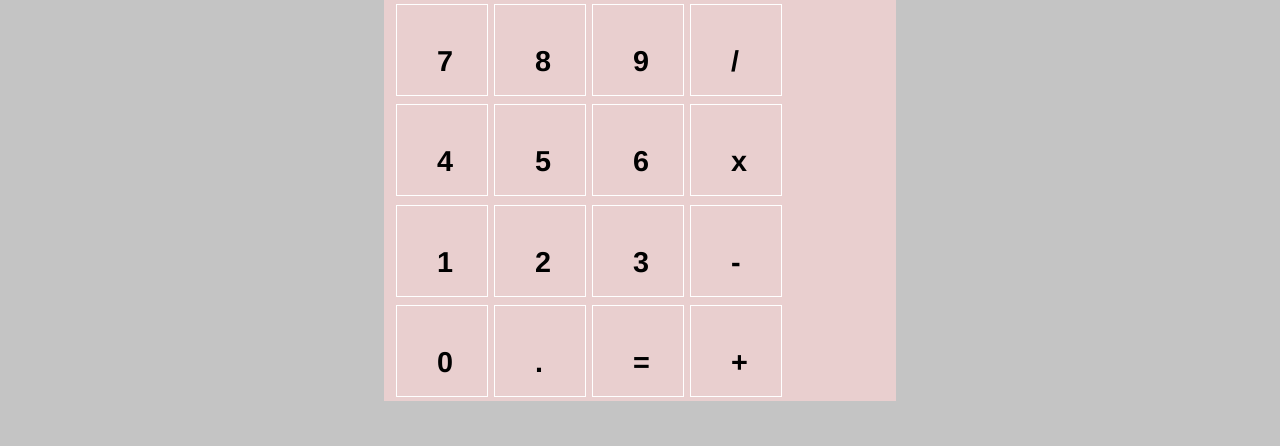
Repository: raulpenate/Calculadora-VUE3
Page: /
An editor plug-in stored every save of this project. The page is shown before and after the next save, followed by the edit.
The browser window is 1280 px wide. The pictures show the whole page.
The project was rebuilt for these pictures with package versions that can differ from the ones it lists, and the page was loaded fresh each time. Also part of the build but not shown: src/components/HelloWorld.vue.

Above is the page before, as saved 2022-03-11 08:51:48.

After the next save:
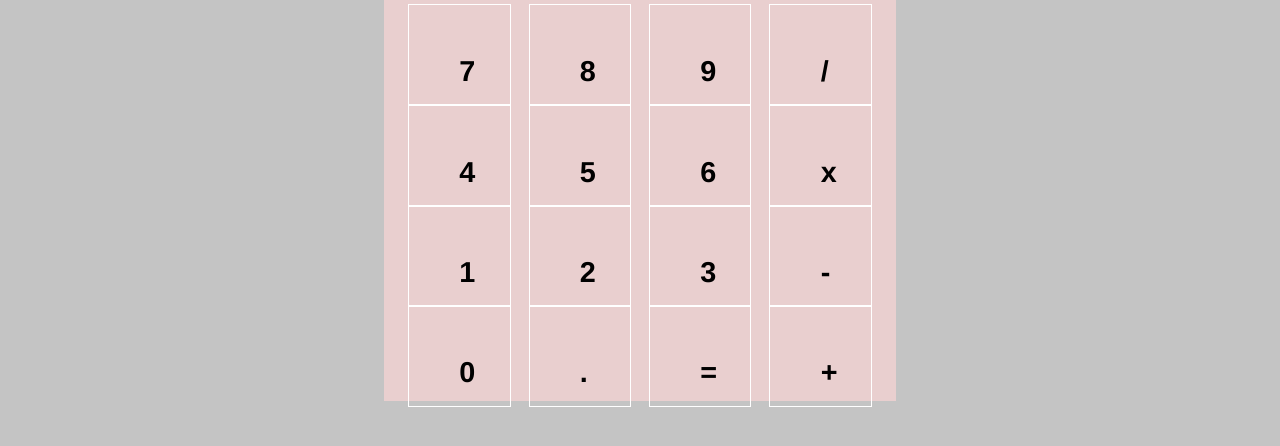
Saved 42 s later.
--- a/src/components/Calculator.vue
+++ b/src/components/Calculator.vue
@@ -56,7 +56,6 @@ body{
     display: flex;
     flex-flow: wrap row;
     justify-content: space-evenly;
-    width: 400px;
     margin: 1%;
 }
 
